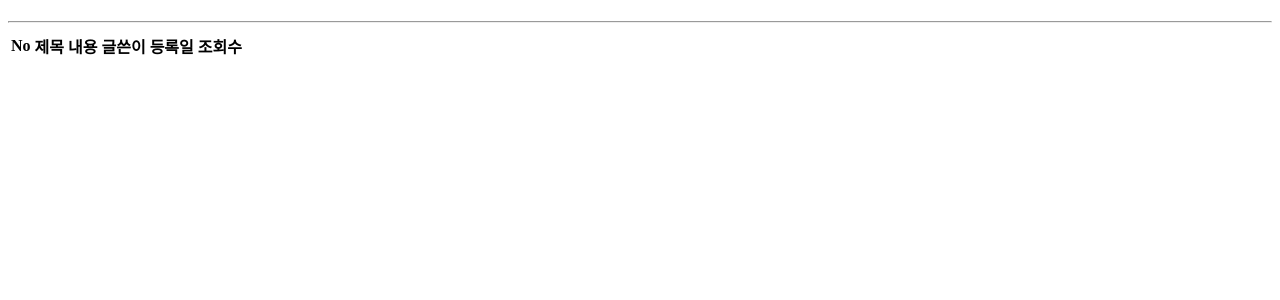
Repository: jeonghyunseok/GMSUI
Page: GMSUI/WebContent/board/board_list.html
These files come from the project's save history. The page is drawn as it stood at one moment and after the next save; the edit follows.
The browser window is 1280 px wide. The pictures show the whole page.

Above is the page before, as saved 2017-07-19 06:33:05.

After the next save:
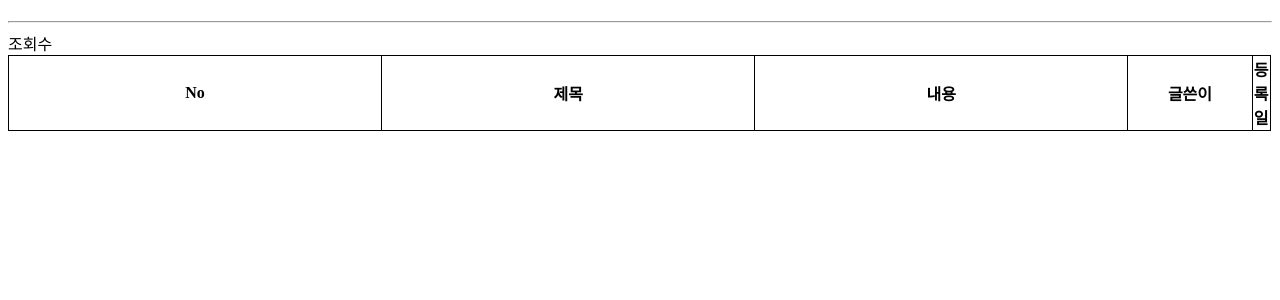
Saved 2 min 13 s later.
--- a/GMSUI/WebContent/board/board_list.html
+++ b/GMSUI/WebContent/board/board_list.html
@@ -7,14 +7,14 @@
 <body>
 <h1></h1>
 <hr />
-<table>
+<table style="width:  100%; border-collapse: collapse;">
 	<tr>
-		<th>No</th>
-		<th>제목</th>
-		<th>내용</th>
-		<th>글쓴이</th>
-		<th>등록일</th>
-		<th>조회수</th>
+		<th style="border: 1px solid black;width: 30%;text-aline:center;">No</th>
+		<th style="border: 1px solid black;width: 30%;text-aline:center;">제목</th>
+		<th style="border: 1px solid black;width: 30%;text-aline:center;">내용</th>
+		<th style="border: 1px solid black;width: 30%;text-aline:center;">글쓴이</th>
+		<th style="border: 1px solid black;width: 30%;text-aline:center;">등록일</th>
+		<thstyle="border: 1px solid black;width: 30%;text-aline:center;">조회수</th>
 	</tr>
 	<tr>
 		<td></td>
